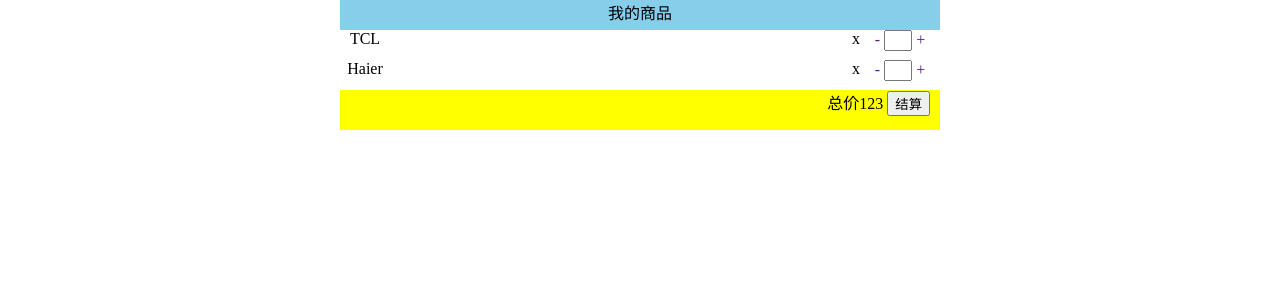
Repository: R1Deemo/Vue
Page: 10购物车.html
The author's editor kept a copy of each file at every save. The page is drawn from the files as they stood at one save, then again after the next save.
The browser window is 1280 px wide. The pictures show the whole page.

Above is the page before, as saved 2022-11-14 15:34:51.

After the next save:
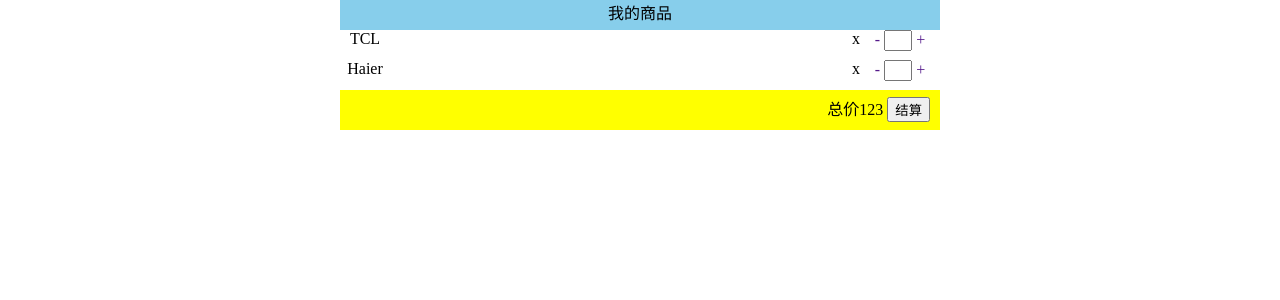
Saved 11 s later.
--- a/css/购物车.css
+++ b/css/购物车.css
@@ -56,4 +56,5 @@ a {
 #foot {
     position: absolute;
     right: 10px;
+    line-height: 40px;
 }
